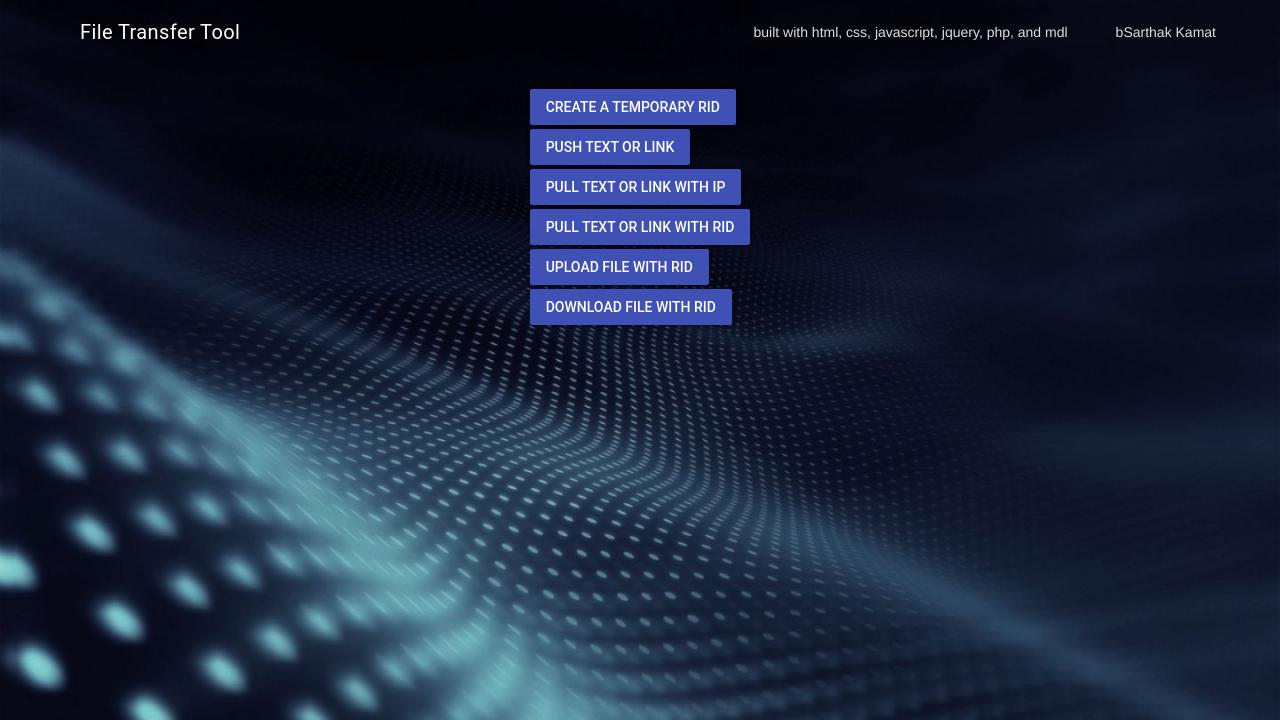
Repository: sartk/transfer
Page: workspace/index.html
The author's editor kept a record of every edit. The page is drawn from the files as they stood at one moment, then again after the next edit.
The browser window is 1280 px wide. The pictures show the whole page.

Above is the page before.

After the next edit:
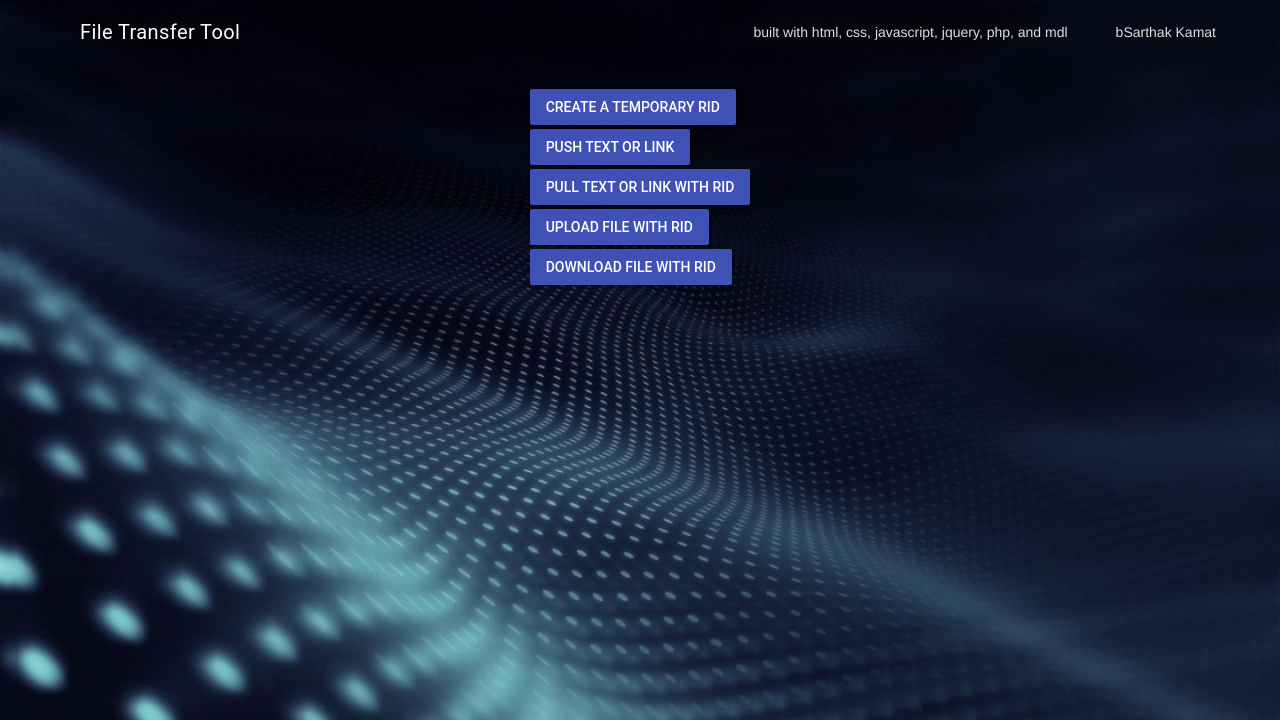
The edit:
--- a/workspace/index.html
+++ b/workspace/index.html
@@ -45,7 +45,6 @@
 </button></a></td></tr>
 
            <tr><td><a href = "php/load.php"><button class="mdl-button mdl-js-button mdl-button--raised mdl-js-ripple-effect mdl-button--colored">Push Text or link</button></a></td></tr>
-           <tr><td><a href = "php/load.php"><button class="mdl-button mdl-js-button mdl-button--raised mdl-js-ripple-effect mdl-button--colored">Pull Text or link with ip</button></a></td></tr>
         <tr><td><a href = "php/ridload.php"><button class="mdl-button mdl-js-button mdl-button--raised mdl-js-ripple-effect mdl-button--colored">Pull Text or link with rID</button></a></td></tr>
            <tr><td><a href = "php/upload.php"><button class="mdl-button mdl-js-button mdl-button--raised mdl-js-ripple-effect mdl-button--colored">Upload file with rID</button></a></td></tr>
            <tr><td><a href ="php/download.php"><button class="mdl-button mdl-js-button mdl-button--raised mdl-js-ripple-effect mdl-button--colored">Download file with rID</button></a></td></tr>
